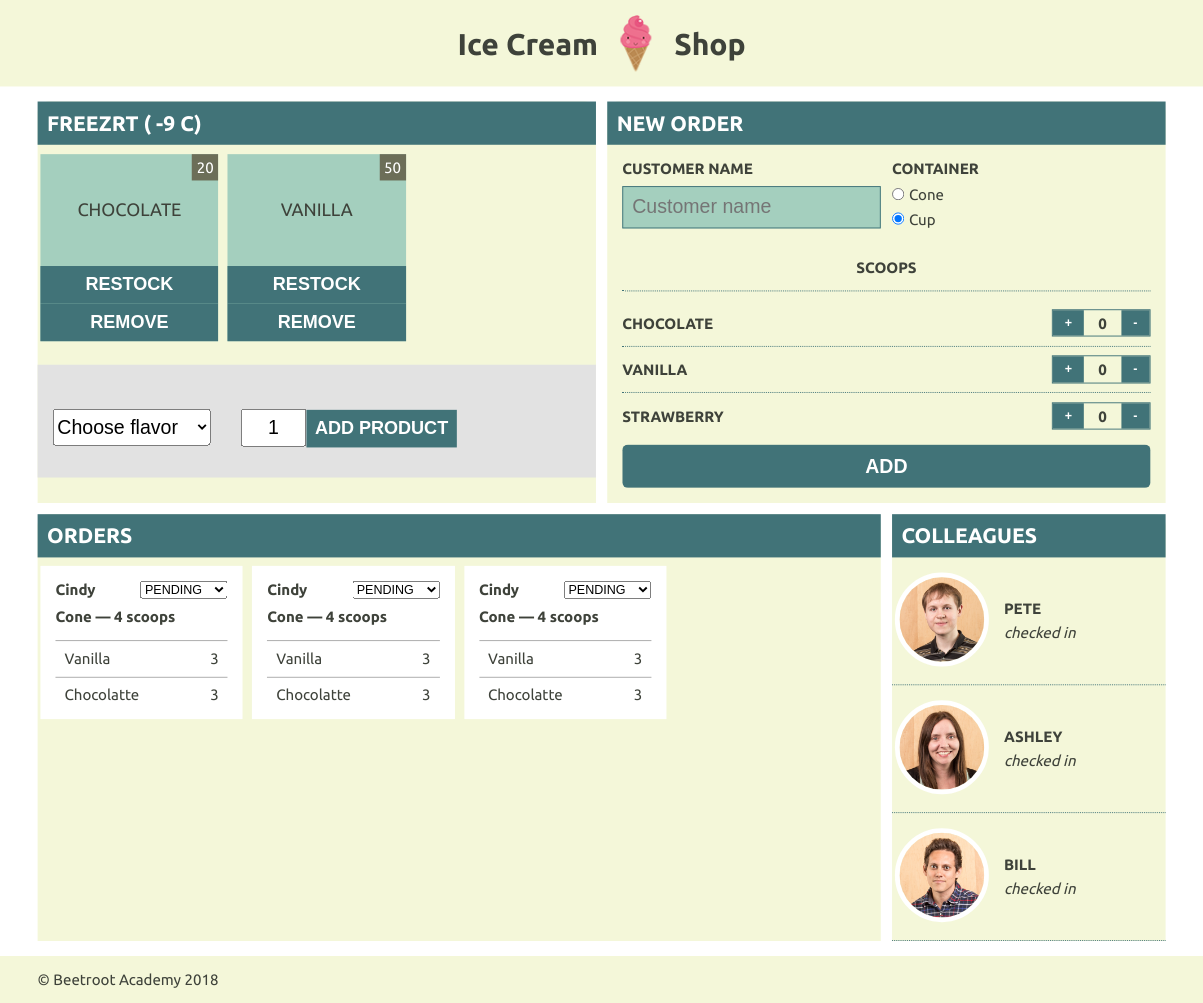
Repository: AlSemyon/Ice_Cream_Shop
Page: /
An editor plug-in stored every save of this project. The page is shown before and after the next save, followed by the edit.
The browser window is 1280 px wide. The pictures show the whole page, at 94% of full size.
The project was rebuilt for these pictures with package versions that can differ from the ones it lists, and the page was loaded fresh each time.

Above is the page before, as saved 2019-01-06 13:33:59.

### src/index.js
import React from 'react';
import ReactDOM from 'react-dom';
import {Provider} from 'react-redux'
import  store from './store'

import App from './components/App';

ReactDOM.render(
    <Provider store={store}>
        <App />
    </Provider>,
    document.getElementById('root')
);

### src/store/index.js
import {createStore, applyMiddleware} from 'redux'
import thunk from 'redux-thunk'
import {createLogger} from 'redux-logger'
import reducer from '../reducer'
import { composeWithDevTools } from 'redux-devtools-extension'
import randomid from '../middlewares/randomid'

const logger = createLogger({
    collapsed: true
})

const enchancer = composeWithDevTools(applyMiddleware(randomid, thunk, logger));

const store = createStore(reducer, {}, enchancer);
window.store = store;

export default store;

### src/components/App.js
import React, {Fragment} from 'react';

import Header from './layout/Header'
import Footer from './layout/Footer'
import Box from './layout/Box'
import Freezer from './freezer'
import NewOrder from './newOrder';
import OrderTicket from './orderTicket'
import Colleagues from './colleagues'

const App = () => <Fragment>
    <Header />
    <div className="container container_main">
        <div className="wrap-box">
            <Freezer />
            <Box title="New Order">
                <NewOrder/>
            </Box>
            <Box title="Orders" className="box_orders">
                <OrderTicket/>
            </Box>
            <Box title="Colleagues" className="box_colleagues">
                <Colleagues />
            </Box>
        </div>
    </div>
    <Footer />



</Fragment>


export default App;

### src/reducer/index.js
import {combineReducers} from 'redux'

import freezer from './freezer'
import order from './order'
import employeess from './employees'

export default combineReducers({
    freezer, order, employeess
})

### src/middlewares/randomid.js
const randomid = store => next => action => {
    if (!action.randomId) {
        return next(action);
    }

    next({
        ...action,
        randomId: (Date.now() + (Math.random() * 1e7)).toString(36)
    })
};
/*
var randomId = function randomId(store){
    return function (next) {
        return function (action) {
            ...
        }
    }
}
*/
export default randomid;

### src/components/layout/Header.js
import React  from 'react';

const Header = () => <header className="header-top">
    <h1 className="logo">
        <span className="logo__span">Ice Cream</span>
        <img className="logo__img" src="/i/logo.png" alt="logo"/>
            <span className="logo__span">Shop</span>
    </h1>
</header>

export default Header;

### src/components/layout/Footer.js
import React  from 'react';


const Footer = () => <footer className="footer">
    <div className="container text-center">
        &copy; Beetroot Academy {new Date().getFullYear()}
    </div>
</footer>

export default Footer;

### src/components/layout/Box.js
import React from 'react';
import PropTypes from 'prop-types';

const Box = ({title, className, children}) => {
    return (
        <div className={`box ${className}`}>
            <h3 className="box__head">{title}</h3>
            {children}
        </div>
    )
}

Box.propTypes = {
    title: PropTypes.string.isRequired,
    className: PropTypes.string,
}

Box.defaultProps = {
    className: ''
}

export default Box

### src/components/freezer/index.js
import React, {Component}  from 'react';
import PropTypes from 'prop-types'
import {connect} from 'react-redux'
import Box from '../layout/Box';
import FreezerItem from './FreezerItem'
import AddProductToFreezer from './AddProductToFreezer'
import { updateTemperature, addProductToFreezer, removeScoop} from '../../AC'


class  Freezer  extends Component {

    componentDidMount() {
        const randomTemperature = Math.round(Math.random() * 10);
        this.props.updateTemperature(randomTemperature);
    }

    handleRestock = (name) => {
        const amount = parseInt(window.prompt('Enter amount of restock'), 10);
        if (!isNaN(amount)) {
            this.props.addProductToFreezer(name, amount)
        }
    }

    render(){
        const {flavors, temperature, removeScoop} = this.props;
        const items = Object.keys(flavors).map(name =>
            <FreezerItem key={name}
                         name={name}
                         onRemoveScoop={() => removeScoop(name)}
                         onClickRestock={() => this.handleRestock(name)}
                         scoops={flavors[name]} />
        )
    	return (
    		<Box title={`Freezrt ( -${temperature || 0} C)`}>
                <div className="box__content">
                    {items}
                </div>
                <AddProductToFreezer/>
        </Box>
    )
    }
}

Freezer.propTypes = {
    temperature : PropTypes.number,
    flavors: PropTypes.object,
    updateTemperature: PropTypes.func.isRequired,
    addProductToFreezer: PropTypes.func.isRequired,
    removeScoop: PropTypes.func.isRequired,
}

Freezer.defaultProps = {
    temperature: 0,
    flavors: {}
}

export default connect(
    ({freezer}) => ({
        flavors: freezer.flavors,
        temperature: freezer.temperature
    }),
    { updateTemperature, addProductToFreezer, removeScoop}
)(Freezer)

### src/components/orderTicket/index.js
import React from 'react';
import './orderTicket.css'
import Order from './Order'

const OrderTicket  = () =>
    <div className="box__content box__content_orders">
        <Order />
        <Order />
        <Order />
	</div>


export default OrderTicket;

### src/components/colleagues/index.js
import React, {Fragment} from 'react';
import Colleague from './Colleague'
import './colleagues.css'


const  Colleagues  = () => <Fragment>
    <Colleague name="Pete" image="person1.png" status="checked in" />
    <Colleague name="Ashley" image="person5.png" status="checked in" />
    <Colleague name="Bill" image="person2.png" status="checked in" />

</Fragment>

export default Colleagues;

### src/reducer/freezer.js
import C from '../constants'
import F from '../flavors'

const defaultState = {
    temperature: null,
    flavors: {
        [F.CHOCOLATE]: 20,
        [F.VANILLA]: 50
    }
}

export default (state = defaultState, action) => {
    const {type, payload} = action;
    switch(type) {
        case C.UPDATE_TEMPERATURE:
            return {
                ...state,
                temperature: payload
            }
        case C.ADD_PRODUCT_TO_FREEZER:
            const amount = (state.flavors[payload.name] || 0) + payload.amount;
            return {
                ...state,
                flavors: {
                    ...state.flavors,
                    [payload.name]: Math.min(amount, 60)
                }
            }
        case C.REMOVE_SCOOP:
            const decreaseamount = (state.flavors[payload] || 0) - 1;
            return {
                ...state,
                flavors: {
                    ...state.flavors,
                    [payload]: Math.max(decreaseamount, 0)
                }
            }
        default:
            return state;
    }
}

### src/reducer/order.js
import C from '../constants'

export default (state = [], action) => {
    const {type, payload} = action;
    switch (type) {
        case C.PLACE_ORDER:
            return [...state, {...payload, status: 'pending'}]
        case C.FULLFILL_ORDER:
            return state.map((order) => {
                return order.id === payload ? {...order, status: 'fullfilled'} :  order;
            })
        case C.PAY_FOR_ORDER:
            return state.map((order) => {
                return order.id === payload ? {...order, status: 'paid'} :  order;
            })
        case C.CANCEL_ORDER:
            return state.filter((order) => order.id !== payload)
        default:
            return state
    }
}

### src/reducer/employees.js
import C from '../constants'

const defaultState = {
    data: [],
    error: null,
    loading: false
}

export default (state = defaultState, action) => {
    const {type, payload} = action;

    switch(type) {
        case C.FETCH_EMPLOYESS_REQUEST:
            return {...state, loading: true}
        case C.FETCH_EMPLOYESS_SUCCESS:
            return {...state, data: payload, loading: false}
        case C.FETCH_EMPLOYESS_FAILURE:
            return {...state, error: payload, loading: false}
        default:
            return state;
    }
}

### src/components/freezer/FreezerItem.js
import React  from 'react';
import './freezer.css'

const  FreezerItem  = ({name, scoops, onClickRestock, onRemoveScoop}) => (
    <div className="ic">
        <p className="ic__title">{name}</p>
        <p className="ic__count">{scoops}</p>
        <button className="ic__restock" onClick={onClickRestock}>Restock</button>
        <button className="ic__restock" onClick={onRemoveScoop}>Remove</button>

    </div>
)

export default FreezerItem;

### src/AC/index.js
import axios from 'axios'
import C from '../constants'
import freezer from "../reducer/freezer";
import employees from "../reducer/employees";

export function updateTemperature(temperature){
    return {
        type: C.UPDATE_TEMPERATURE,
        payload: temperature
    }
}

export function addProductToFreezer(name, amount){
    return {
        type: C.ADD_PRODUCT_TO_FREEZER,
        payload: {
            name, amount
        }
    }
}

export function placeOrder({customerName, createAt = Date.now(), cone = true, scoops}){
    return {
        type: C.PLACE_ORDER,
        payload: {customerName, createAt, cone, scoops}
    }
}

export function fullFillOrder(id){
    return {
        type: C.FULLFILL_ORDER,
        payload: id
    }
}

export function payForOrder(id){
    return {
        type: C.PAY_FOR_ORDER,
        payload: id
    }
}


export function cancelOrder(id){
    return {
        type: C.CANCEL_ORDER,
        payload: id
    }
}

export function doSomething() {
    return function(dispatch, getState){
       dispatch({
           type: 'FOO',
           payload: getState().freezer.temperature
       })
    }
}


export function fetchEmployees(){
    return function(dispatch, getState) {
        dispatch({
            type: C.FETCH_EMPLOYEES_REQUEST
        });

        return axios.get('/data/employees.json')
        .then(function(response){
            dispatch({
                type: C.FETCH_EMPLOYEES_SUCCESS,
                payload: response.data
            })
        })
        .catch(err => dispatch({
            type: C.FETCH_EMPLOYEES_FAILURE,
            payload: err.message
        }))
    }
}

export function removeScoop(flavorName) {
    return {
        type: C.REMOVE_SCOOP,
        payload: flavorName
    }
}

### src/components/newOrder/newOrder.css
.scoop {
    display: flex;
    justify-content: space-between;
    align-items: center;
    padding: .6rem 0;
    border-bottom: 1px dotted #417378;
}
.scoop:last-of-type {
    border-bottom: 0;
    padding-bottom: 0;
}
.label-form_scoops {
    padding: 1rem 0;
    border-bottom: 1px dotted #417378;
    text-align:center;
}
.scoop__title {
    font-weight: bold;
}
.scoop-buttons {
    display: flex;
    align-items: center;
    border: 1px solid #417378;
}
.scoop-buttons__item{
    padding: 6px 12px;
    background: #417378;
    color: #fff;
    font-weight: bold;
    line-height: 1;
    cursor: pointer;
}
.scoop-buttons__count {
    margin: 0 15px;
    font-weight: bold;
}


.order-button {
    padding: .6rem 0;
    margin-top: 1rem;
    text-align: center;
    width: 100%;
    background: #417378;
    color: #fff;
    text-transform: uppercase;
    font-size: 1.3rem;
    font-weight: bold;
    border-radius: 6px;
    cursor: pointer;
}

### src/components/newOrder/OrderForm.js
import React, {Component} from 'react';
import PropTypes from 'prop-types'

const OrderForm =({customerName, handleName, cone, handleCone}) => (
    <div className="row">
    <div className="col">
        <label className="label-form">
            Customer name
        </label>
        <input type="text"
               className="form-control"
               name="customerName"
               onChange={handleName}
               value={customerName}
               placeholder="Customer name" />
    </div>
    <div className="col">
        <label className="label-form">Container</label>
        <div>
            <div className="form-check">
                <input className="form-check-input"
                       type="radio"
                       name="inlineRadioOptions"
                       id="cone"
                       checked={cone}
                       onChange={handleCone}/>
                <label className="form-check-label"
                        htmlFor="cone">Cone
                </label>
            </div>
            <div className="form-check">
                <input className="form-check-input"
                       type="radio"
                       name="inlineRadioOptions"
                       id="cup"
                       checked={!cone}
                       onChange={handleCone}/>
                    <label className="form-check-label"
                           htmlFor="cup">Cup</label>
            </div>
        </div>
    </div>
</div>

)

OrderForm.propTypes = {
    customerName:PropTypes.string.isRequired,
    handleName:PropTypes.func.isRequired,
    cone:PropTypes.bool.isRequired,
    handleCone:PropTypes.func.isRequired
}

export default OrderForm;

### src/components/newOrder/OrderScoopes.js
import React, {Component} from 'react';
import PropTypes from 'prop-types'

const OrderScoopes = ({flavor, count, handleIncreaseFlavor, handleDecreaseFlavor}) => (
    <div className="scoop">
    <div className="scoop__title">{flavor}</div>
    <div className="scoop-buttons">
        <button className="scoop-buttons__item" onClick={handleIncreaseFlavor}>+</button>
        <span className="scoop-buttons__count">{count}</span>
        <button className="scoop-buttons__item" onClick={handleDecreaseFlavor}>-</button>
    </div>
</div>
)
OrderScoopes.propTypes = {
    flavor:PropTypes.string.isRequired,
    handleIncreaseFlavor:PropTypes.func.isRequired,
    count:PropTypes.number.isRequired,
    handleDecreaseFlavor:PropTypes.func.isRequired
}

export default OrderScoopes;

### src/flavors.js
export default {
    CHOCOLATE: 'CHOCOLATE',
    VANILLA: 'VANILLA',
    STRAWBERRY: 'STRAWBERRY'
}

### src/components/orderTicket/orderTicket.css
.box__content_orders {
    grid-template-columns: repeat(4, 1fr);

}
.order {
    padding: 1rem;
    background: #fff;
}
.order-status {
    display: flex;
    justify-content: space-between;
    margin-bottom: .6rem;
}
.order-status__title {
    font-weight: bold;
}
.order-status__select {
    text-transform: uppercase;
}
.order-count{
    font-weight: bold;
}
.order-item {
    padding-top: 1rem;
}
.order-flavor__item {
    display: flex;
    justify-content: space-between;
    border-top: 1px solid darkgray;
    border-bottom: 1px solid white;
    padding: .6rem;
}
.order-flavor__item:last-of-type {
    padding-bottom: 0;
}
.order_fullfilled {
    background: lightblue;
}
.order_paid {
    background: lightpink;
}

### src/components/orderTicket/Order.js
import React, {Component} from 'react';

const STATUSES = [
    'pending',
    'fulfilled',
    'paid',
];

class Order extends Component {

	render(){
		return(
            <div className="order">
                <div className="order-status">
                    <p className="order-status__title">Cindy</p>
                    <select className="order-status__select">
                        {STATUSES.map(s => <option key={s} value={s}>{s}</option>)}
                    </select>
                </div>

                <p className="order-count">Cone — 4 scoops</p>

                <div className="order-item">
                    <div className="order-flavor__item">
                        <span className="order-item__title">Vanilla</span>
                        <span className="order-item__count">3</span>
                    </div>
                    <div className="order-flavor__item">
                        <span className="order-item__title">Chocolatte</span>
                        <span className="order-item__count">3</span>
                    </div>
                </div>
              </div>
		);
	}
}

export default Order;

### src/components/colleagues/Colleague.js
import React, {Component} from 'react';

class Colleague extends Component {

	render(){
	    const {image, name, status} = this.props
		return(
            <div className="colleagues">
                <div className="colleague__photo">
                    <img src={`/i/${image}`} alt={name} />
                </div>
                <div>
                    <p className="colleague-person-name">{name}</p>
                    <p className="colleague-person-status">{status}</p>
                </div>
            </div>
		);
	}
}

export default Colleague;

### src/components/colleagues/colleagues.css
.colleagues {
    padding: 1rem 3px;
    display: flex;
    align-items: center;
    border-bottom: 1px dotted #417378;
}
.colleague__photo img {
    width: 100px;
    margin-right: 1rem;
    border: 5px solid white;
    border-radius: 100%;
}

.colleague-person-name {
    text-transform: uppercase;
    margin-bottom: .5rem;
    font-weight: bold;
}
.colleague-person-status {
    text-transform: lowercase;
    font-style: italic;
}

### src/constants.js
export default {
    UPDATE_TEMPERATURE: 'UPDATE_TEMPERATURE',
    ADD_PRODUCT_TO_FREEZER: 'ADD_PRODUCT_TO_FREEZER',
    PLACE_ORDER: 'PLACE_ORDER',
    FULLFILL_ORDER: 'FULLFILL_ORDER',
    PAY_FOR_ORDER: 'PAY_FOR_ORDER',
    CANCEL_ORDER: 'CANCEL_ORDER',
    FETCH_EMPLOYEES_REQUEST: 'FETCH_EMPLOYEES_REQUEST',
    FETCH_EMPLOYEES_SUCCESS: 'FETCH_EMPLOYEES_SUCCESS',
    FETCH_EMPLOYEES_FAILURE: 'FETCH_EMPLOYEES_FAILURE',
    REMOVE_SCOOP: 'REMOVE_SCOOP',
}

### src/components/freezer/freezer.css
.ic {
    display: flex;
    flex-direction: column;
    background: #A4CFBE;
    position: relative;
    text-align: center;
}
.ic__title {
    flex: 1;
    padding: 3rem 0;
    font-size: 1.2rem;
    text-transform: uppercase;
    margin: 0;
}

.ic__count {
    position: absolute;
    display: inline-block;
    padding: 5px;
    top: 0;
    right: 0;
    background: #6C6E58;
    color: white;
}

.ic__restock {
    background: #417378;
    color: white;
    margin: 0;
    padding: .5rem 0;
    cursor:pointer;
    font-size: 1.2rem;
}

.add-product-form {
    margin: 1rem 0;
    padding: 2rem 1rem;
    background: #e2e2e2;
}

.form-select {
    padding: 6px 0;
    margin-right: 2rem;
    font-size: 1.3rem;
}

.form-number {
    padding: 6px 0;
    max-width: 70px;
    font-size: 1.3rem;
    text-align: center;
}

.add-product-btn {
    background: #417378;
    color: white;
    margin-top: 1rem;
    padding: .5rem;
    cursor:pointer;
    font-size: 1.2rem;
}

### public/css/style.css
@import url('https://fonts.googleapis.com/css?family=Ubuntu:400,700');
* {
    margin: 0;
    padding: 0;
    box-sizing: border-box;
}



body {
    display: flex;
    flex-direction: column;
    min-height: 100vh;
    color: #3E423A;
    font-family: 'Ubuntu', sans-serif;
}
.container_main {
    flex: 1;
}
.header-top {
    background: #F4F7D9;
    padding: 1rem 0;
}
.logo {
    display: flex;
    justify-content: center;
    align-items: center;
}
.logo__img {
    margin: 0 1.5rem;
}
.container {
    width: 1200px;
    margin: auto;
}

/*  =============== wrap-box*/
.wrap-box {
    display: grid;
    grid-gap: 12px;
    grid-template-columns: repeat(4, 1fr);
    margin: 1rem 0;
}
.box {
    grid-column: span 2;
    border-top-left-radius: 12px;
    border-top-right-radius: 12px;
    background: #F4F7D9;

}
.box_orders {
    grid-column: span 3;
}
.box_colleagues {
    grid-column: span 1;
}

.box__head{
    background: #417378;
    font-size: 1.4rem;
    padding: 10px;
    color: #ffffff;
    text-transform: uppercase;
}

.box__content {
    display: grid;
    grid-gap: 10px;
    grid-template-columns: repeat(3, 1fr);
    padding: .6rem 3px;
}

/* ============== new order form*/
input[type='text'],
textarea {
    border: 1px solid #417378;
    background: #A4CFBE;
    padding: .6rem;
    width: 100%;
    margin-bottom: 1rem;
    font-size: 1.3rem;
}
input:active,
input:focus,
textarea:active,
textarea:focus,
button {
    outline: none;
}
button {
    border: 1px solid transparent;
    background: transparent;
    font-weight: bold;
    text-transform: uppercase;
    transition: background .4s ease-out;
}
button:hover {
    background: #eee;
    color:  #417378;
    border: 1px solid #417378;
}

.form {
    padding: 1rem;
}
.row {
    display: grid;
    grid-gap: 12px;
    grid-template-columns: 1fr 1fr;
}
.label-form {
    display: block;
    font-weight:bold;
    text-transform: uppercase;
    margin-bottom: .6rem;
}
.form-check {
    display: flex;
    align-items: center;
    margin-bottom: .5rem;
}
.form-check-input {
    margin-right: 5px;
}
/* ============== new order scoops*/


/* colleagues */



.footer {
    padding: 1rem;
    background: #F4F7D9;
}

Loaded but not shown: public/index.html (common file); src/components/newOrder/index.js (98 lines, source omitted); src/components/freezer/AddProductToFreezer.js (80 lines, source omitted)

After the next save:
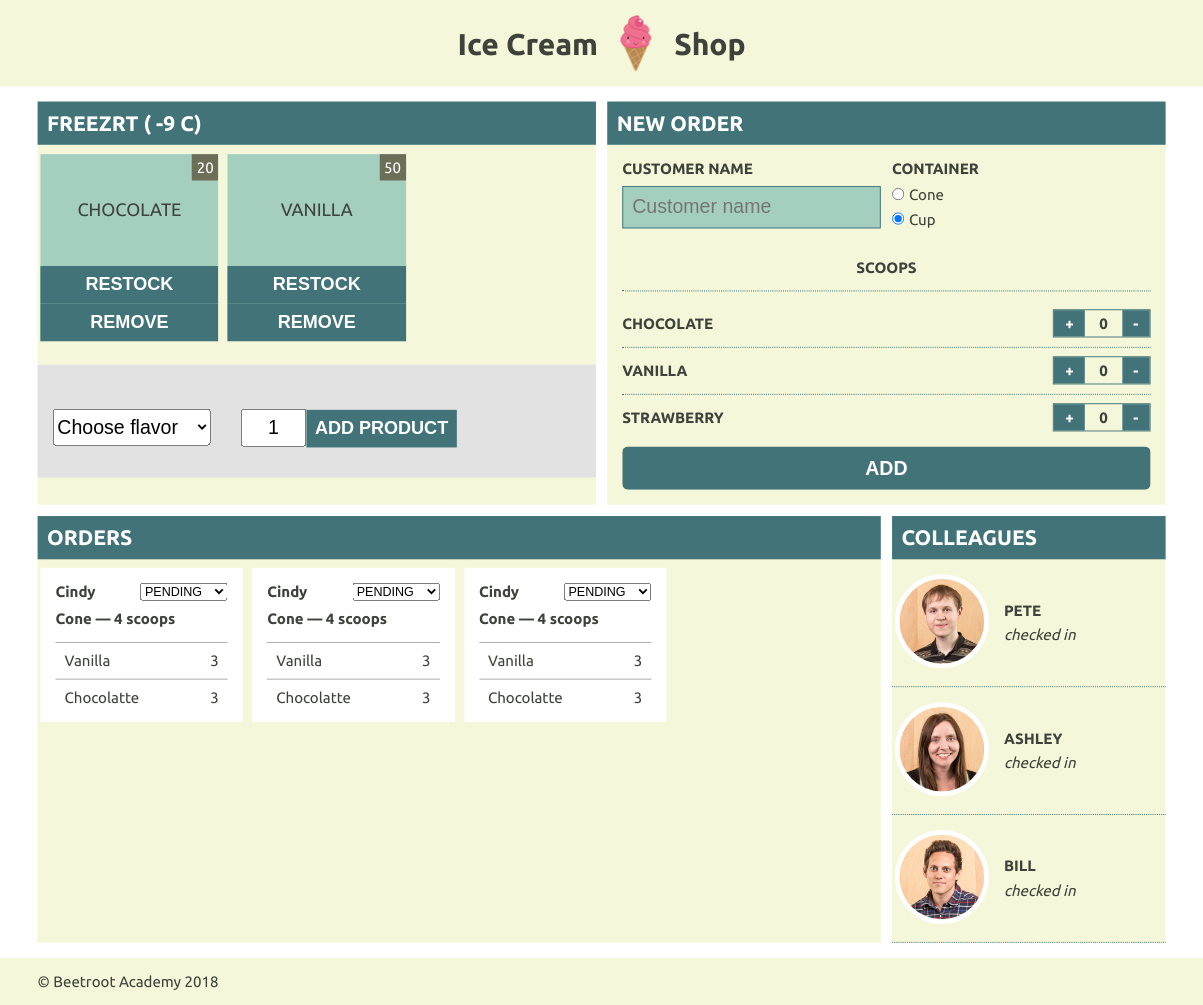
Saved 20 s later.
--- a/src/components/newOrder/OrderScoopes.js
+++ b/src/components/newOrder/OrderScoopes.js
@@ -5,9 +5,9 @@ const OrderScoopes = ({flavor, count, handleIncreaseFlavor, handleDecreaseFlavor
     <div className="scoop">
     <div className="scoop__title">{flavor}</div>
     <div className="scoop-buttons">
-        <button className="scoop-buttons__item" onClick={handleIncreaseFlavor}>+</button>
+        <span className="scoop-buttons__item" onClick={handleIncreaseFlavor}>+</span>
         <span className="scoop-buttons__count">{count}</span>
-        <button className="scoop-buttons__item" onClick={handleDecreaseFlavor}>-</button>
+        <span className="scoop-buttons__item" onClick={handleDecreaseFlavor}>-</span>
     </div>
 </div>
 )
